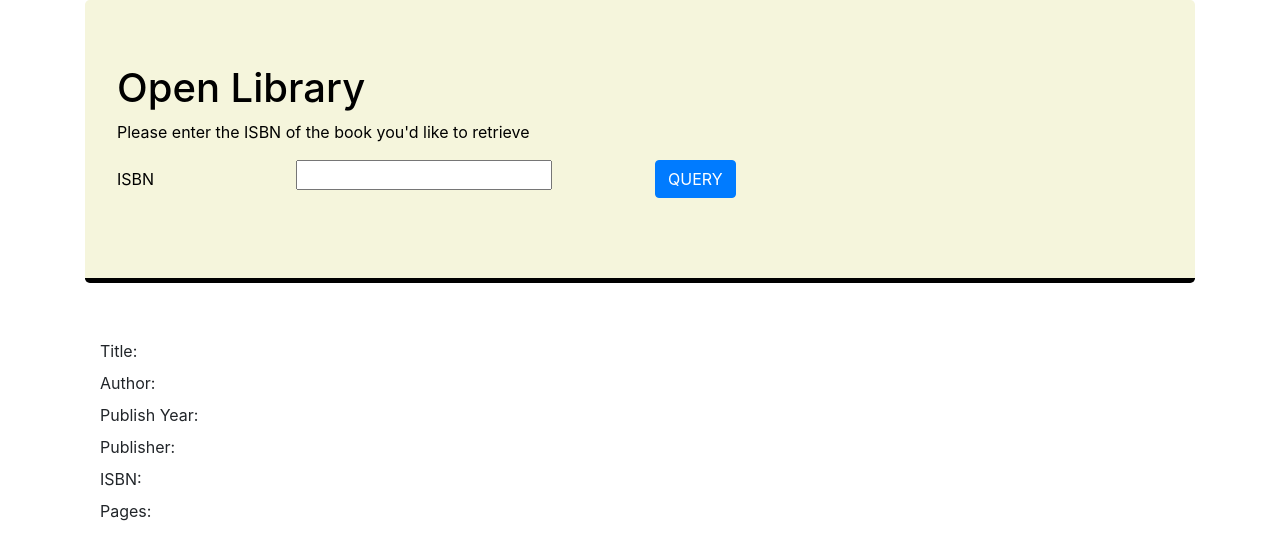
Repository: ElijahHallera/336-Internet-Prog
Page: ElijahHallera-CST336-MIDTERM-master/ElijahHallera-CST336-MIDTERM-master/index2.html
The author's editor kept a record of every edit. The page is drawn from the files as they stood at one moment, then again after the next edit.
The browser window is 1280 px wide. The pictures show the whole page.

Above is the page before.

After the next edit:
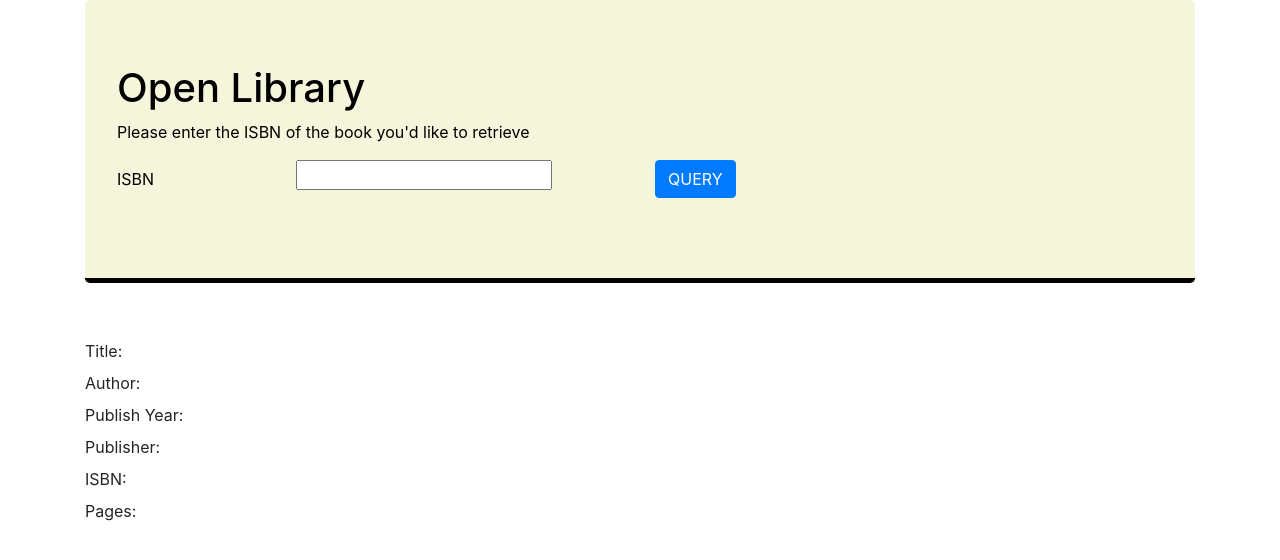
The edit:
--- a/ElijahHallera-CST336-MIDTERM-master/ElijahHallera-CST336-MIDTERM-master/index2.html
+++ b/ElijahHallera-CST336-MIDTERM-master/ElijahHallera-CST336-MIDTERM-master/index2.html
@@ -36,7 +36,7 @@
             <div class="col-sm-3">
                 <img class="cover">
             </div>
-            <div class="col-sm-4">
+            <div class = "info" class="col-sm-4" >
                 <Label>Title: </Label><span id = "title"></br>
                 <Label>Author: </Label><span id = "name"></br>
                 <Label>Publish Year: </Label><span id = "publish_date"></br>
